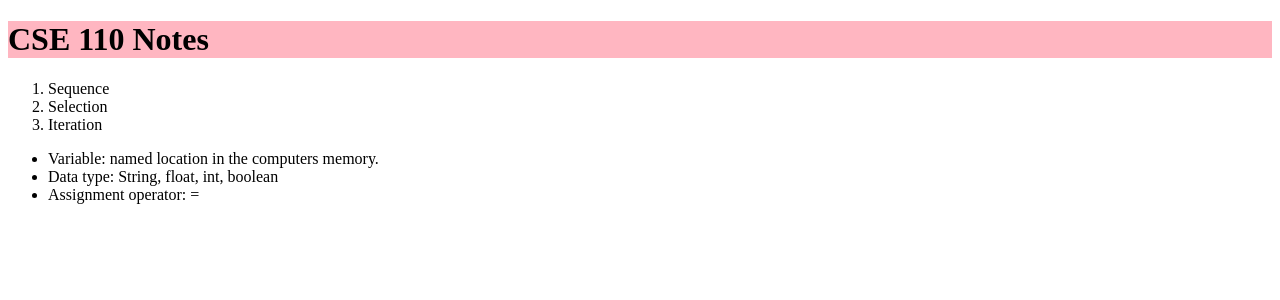
Repository: harleywolfley/wdd130
Page: spring25/cse110/cseindex.html
An editor plug-in stored every save of this project. The page is shown before and after the next save, followed by the edit.
The browser window is 1280 px wide. The pictures show the whole page.

Above is the page before, as saved 2025-04-29 16:32:54.

After the next save:
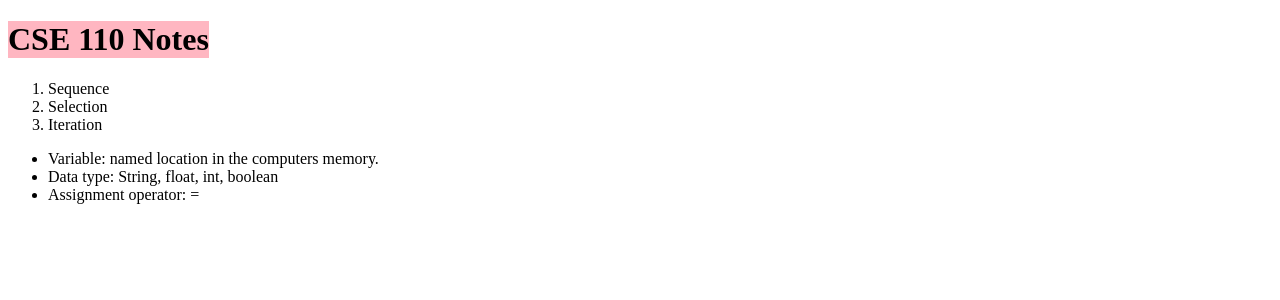
Saved 3 min 40 s later.
--- a/spring25/cse110/csestyle.css
+++ b/spring25/cse110/csestyle.css
@@ -1,4 +1,4 @@
 header {
     background-color: lightpink;
-    margin: 0px;
+    max-width: fit-content;
 }

After the save that followed:
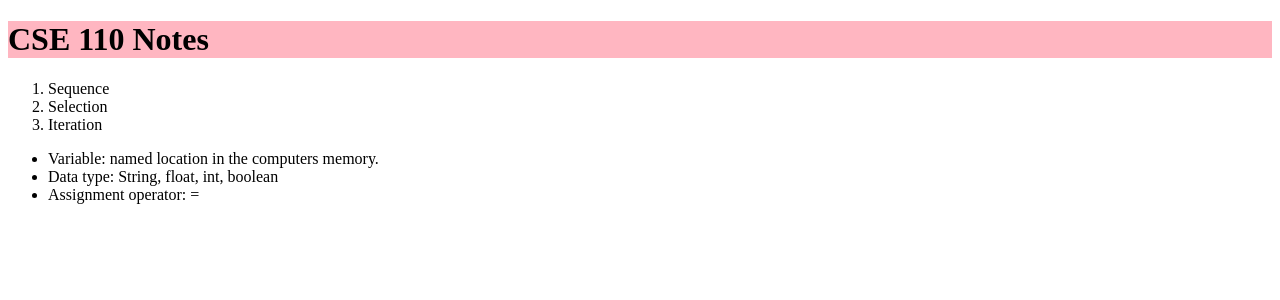
Saved 32 s later.
--- a/spring25/cse110/csestyle.css
+++ b/spring25/cse110/csestyle.css
@@ -1,4 +1,4 @@
 header {
     background-color: lightpink;
-    max-width: fit-content;
+    max-width: 100%;
 }
